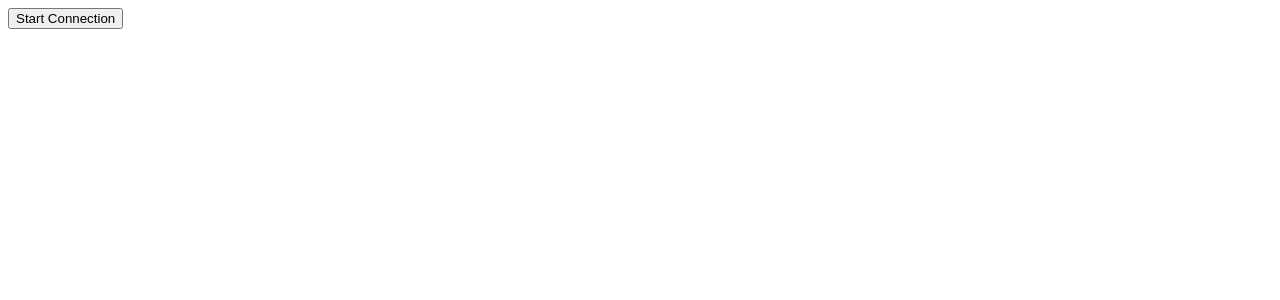
Repository: fgh64hfhk/webworkspace
Page: eeit82_web/src/main/webapp/web60.html
These files come from the project's save history. The page is drawn as it stood at one moment and after the next save; the edit follows.
The browser window is 1280 px wide. The pictures show the whole page.

Above is the page before, as saved 2024-05-13 01:28:23.

After the next save:
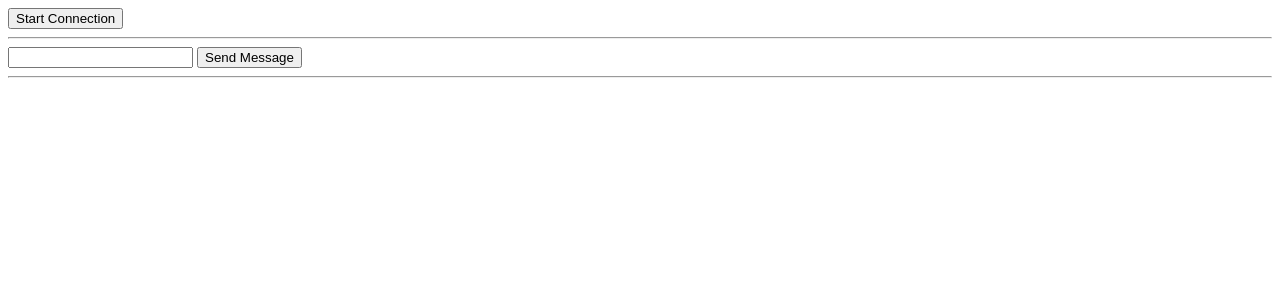
Saved 55 s later.
--- a/eeit82_web/src/main/webapp/web60.html
+++ b/eeit82_web/src/main/webapp/web60.html
@@ -8,8 +8,12 @@
 		<div>
 			<button id="start">Start Connection</button>
 		</div>
+		<hr>
 		<div id="message_div">
-
+			<input id="message" />
+			<button id="send">Send Message</button>
 		</div>
+		<hr>
+		<div id="login"></div>
 	</body>
 </html>
